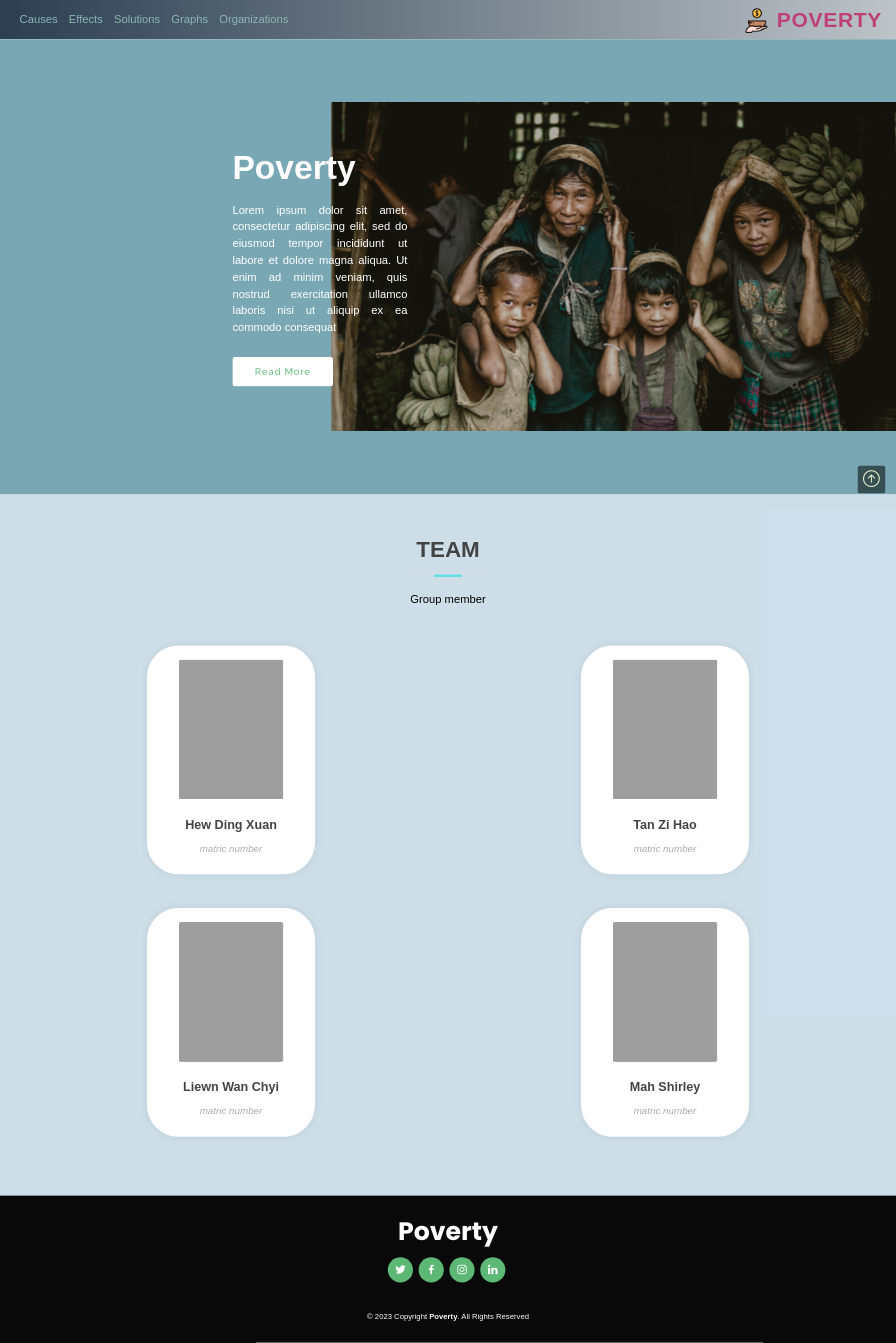
Repository: oscarhew/OSP_WIE2002
Page: index.html
These files come from the project's save history. The page is drawn as it stood at one moment and after the next save; the edit follows.
The browser window is 1280 px wide. The pictures show the whole page, at 70% of full size.
Pictures or frames that could not be fetched are drawn as grey boxes.

Above is the page before, as saved 2023-04-02 15:02:44.

### index.html
<!DOCTYPE html>
<html lang="en">
<head>
    <meta charset="UTF-8">
    <meta http-equiv="X-UA-Compatible" content="IE=edge">
    <meta name="viewport" content="width=device-width, initial-scale=1.0">
    <title>Poverty</title>

    <!-- Favicon -->
    <link href="assets/img/logo.png" rel="icon">

    <!-- Google Fonts -->
    <link
      href="https://fonts.googleapis.com/css?family=Open+Sans:300,300i,400,400i,600,600i,700,700i|Raleway:300,300i,400,400i,500,500i,600,600i,700,700i|Poppins:300,300i,400,400i,500,500i,600,600i,700,700i"
      rel="stylesheet">

    <!-- Animate.css -->
    <link href="https://cdnjs.cloudflare.com/ajax/libs/animate.css/4.1.1/animate.min.css" rel="stylesheet" />

    <!-- Bootstrap 5 -->
    <link href="https://cdn.jsdelivr.net/npm/bootstrap@5.0.2/dist/css/bootstrap.min.css" rel="stylesheet"
        integrity="sha384-EVSTQN3/azprG1Anm3QDgpJLIm9Nao0Yz1ztcQTwFspd3yD65VohhpuuCOmLASjC" crossorigin="anonymous">
    <link rel="stylesheet" href="https://cdn.jsdelivr.net/npm/bootstrap-icons@1.8.1/font/bootstrap-icons.css">

    <!-- Boxicons -->
    <link href='https://unpkg.com/boxicons@2.1.2/css/boxicons.min.css' rel='stylesheet'>

    <!-- Template Main CSS File -->
    <link href="assets/css/main.css" rel="stylesheet">
</head>

<body class="d-flex flex-column min-vh-100">
  <!-- ======= Header ======= -->
  <nav id="header" class="navbar sticky-top navbar-expand-lg navbar-dark gradient-custom bg-dark p-2">
    <div class="container-fluid">

      <div class="collapse navbar-collapse justify-content-start" id="navbarNavAltMarkup">
        <ul class="navbar-nav">
          <li class="nav-item"><a class="nav-link" href="causes.html">Causes</a></li>
          <li class="nav-item"><a class="nav-link" href="effects.html">Effects</a></li>
          <li class="nav-item"><a class="nav-link" href="solutions.html">Solutions</a></li>
          <li class="nav-item"><a class="nav-link" href="graphs.html">Graphs</a></li>
          <li class="nav-item"><a class="nav-link" href="organizations.html">Organizations</a></li>
        </ul>
      </div>
      <a class="px-1" href="index.html">
        <img src="assets/img/logo.png" alt="" width="35" height="35" class="d-inline-block align-text-top">
        <h1 class="logo"><a href="index.html">POVERTY</a></h1>
      </a>

      <button class="navbar-toggler" type="button" data-bs-toggle="collapse" data-bs-target="#navbarNavAltMarkup"
        aria-controls="navbarNavAltMarkup" aria-expanded="false" aria-label="Toggle navigation">
        <span class="navbar-toggler-icon"></span>
      </button>
    </div>
  </nav>
  <!-- End Header -->

  <div class="flex-grow-1">
    <!-- ======= Hero Section ======= -->
    <section id="hero">
      <div id="heroCarousel" data-bs-interval="5000" class="carousel slide carousel-fade" data-bs-ride="carousel">

        <ol class="carousel-indicators" id="hero-carousel-indicators"></ol>

        <div class="carousel-inner" role="listbox">

          <!-- Slide 1 -->
          <div class="carousel-item active" style="background-image: url(assets/img/slide/index_background.jpg)">
            <div class="carousel-container">
              <div class="container">
                <h2 class="animate__animated animate__fadeInDown">Poverty</h2>
                <p class="animate__animated animate__fadeInUp">

                  Lorem ipsum dolor sit amet, consectetur adipiscing elit,
                  sed do eiusmod tempor incididunt ut labore et dolore magna aliqua. Ut enim ad minim veniam, quis nostrud exercitation ullamco laboris nisi ut aliquip ex ea commodo consequat</p>

                  <a href="definition.html" class="btn-get-started animate__animated animate__fadeInUp scrollto">Read More</a>
              </div>
            </div>
          </div>

        </div>
      </div>
    </section><!-- End Hero -->

    <!-- ======= Team Section ======= -->
    <section class="team section-bg">
      <div class="container-fluid">
        <div class="section-title">
          <h2>Team</h2>
          <p >Group member</p>
        </div>
        <div class="row mx-2">
          <div class="col-lg-6 col-sm-6">
            <div class="member mx-auto my-4">
              <img src="assets/img/team/dingXuan.jpeg" class="rounded" alt="...">
              <div class="card-body">
                <h4 class="card-title">Hew Ding Xuan</h4>
                <p class="card-text">matric number</p>
              </div>
            </div>
          </div>
          <div class="col-lg-6 col-sm-6">
            <div class="member mx-auto my-4">
              <img src="assets/img/team/ziHao.jpeg" class="rounded" alt="...">
              <div class="card-body">
                <h4 class="card-title">Tan Zi Hao</h4>
                <p class="card-text">matric number</p>
              </div>
            </div>
          </div>
          <div class="col-lg-6 col-sm-6">
            <div class="member mx-auto my-4">
              <img src="assets/img/team/wanChyi.jpeg" class="rounded" alt="...">
              <div class="card-body">
                <h4 class="card-title">Liewn Wan Chyi</h4>
                <p class="card-text">matric number</p>
              </div>
            </div>
          </div>
          <div class="col-lg-6 col-sm-6">
            <div class="member mx-auto my-4">
              <img src="assets/img/team/shirley.jpeg" class="rounded" alt="...">
              <div class="card-body">
                <h4 class="card-title">Mah Shirley</h4>
                <p class="card-text">matric number</p>
              </div>
            </div>
          </div>

        </div>
      </div>
    </section>
    <!-- End Team Section -->

  </div>

  <!-- ======= Footer ======= -->
  <footer id="footer" class="mt-auto">
    <div class="container">
      <h3>Poverty</h3>
      <div class="social-links">
        <a href="#" class="twitter"><i class="bx bxl-twitter"></i></a>
        <a href="#" class="facebook"><i class="bx bxl-facebook"></i></a>
        <a href="#" class="instagram"><i class="bx bxl-instagram"></i></a>
        <a href="#" class="linkedin"><i class="bx bxl-linkedin"></i></a>
      </div>
      <div class="copyright">
        &copy; 2023 Copyright <strong><span>Poverty</span></strong>. All Rights Reserved
      </div>
    </div>
  </footer>
  <!-- End Footer -->

  <!-- Back to Top -->
  <a href="#" class="back-to-top d-flex align-items-center justify-content-center">
    <span><i class="bi bi-arrow-up-circle"></i></span>
  </a>

  <script src="https://cdn.jsdelivr.net/npm/bootstrap@5.0.2/dist/js/bootstrap.bundle.min.js"
    integrity="sha384-MrcW6ZMFYlzcLA8Nl+NtUVF0sA7MsXsP1UyJoMp4YLEuNSfAP+JcXn/tWtIaxVXM"
    crossorigin="anonymous"></script>

</body>
</html>

### assets/css/main.css
/*--------------------------------------------------------------
# General
--------------------------------------------------------------*/

body {
    overflow-x: hidden;
    font-family: "Comic Sans MS", sans-serif;
    color: #444444;
  }

  a {
    text-decoration: none;
    color: #be4074;
  }

  a:hover {
    color: #4b083d;
    text-decoration: none;
  }

  h1, h2, h3, h4, h5, h6 {
    font-family: "Bahnschrift", sans-serif;
  }

  /*--------------------------------------------------------------
  # Header
  --------------------------------------------------------------*/
  #header {
    transition: all 0.5s;
  }
  #header.header-scrolled {
    box-shadow: 0px 2px 15px rgba(0, 0, 0, 0.1);
  }
  #header .logo {
    font-size: 30px;
    margin: 0;
    padding: 0;
    line-height: 1;
    font-weight: 700;
    letter-spacing: 1px;
    text-transform: uppercase;
    color: #081d0d;
  }

  /*--------------------------------------------------------------
  # Navigation Menu
  --------------------------------------------------------------*/
  /**
  * Desktop Navigation
  */
  .gradient-custom {
    background: #c471f5;

    background: linear-gradient(to right, #2c3e50, #bdc3c7)
  }

  .navbar-dark .navbar-nav .nav-link {
    color: #88B7B5;
  }

  .navbar-nav .nav-item{
    color: #5cb874 !important;
  }
  .navbar-nav .nav-item .nav-link:hover {
    color: #ff0000;
  }

  .navbar-nav .nav-item .active {
    color: #a1164b !important;
  }

  .navbar-nav .nav-item .getstarted, .navbar-nav .nav-item .getstarted:focus{
    color: #5cb874;
    padding: 8px 25px;
    margin-left: 30px;
    margin-right: 30px;
    border-radius: 4px;
    border: 2px solid #5cb874;
    transition: 0.3s;
    font-size: 14px;
  }
  .navbar-nav .nav-item .getstarted:hover, .navbar-nav .nav-item .getstarted:focus:hover {
    background: #5cb874;
    color: #3c2121;
  }

  /*--------------------------------------------------------------
# Back to top button
--------------------------------------------------------------*/
.back-to-top {
  position: fixed;
  right: 15px;
  bottom: 15px;
  z-index: 996;
  background: #354f52;
  width: 40px;
  height: 40px;
  border-radius: 4px;
  transition: all 0.4s;
  }

  .back-to-top .bi {
  font-size: 24px;
  color: #e8efcd;
  line-height: 0;
  }

  .back-to-top:hover {
  background: #e8efcd;
  color: #354f52;
  }

  .back-to-top .bi:hover{
  color: #354f35;
  }

  /*--------------------------------------------------------------
  # Hero Section
  --------------------------------------------------------------*/
  #hero {
    width: 100%;
    height: calc(100vh - 70px);
    background-color: rgba(88, 146, 162, 0.8);
    overflow: hidden;
    position: relative;
  }
  #hero .carousel, #hero .carousel-inner, #hero .carousel-item, #hero .carousel-item::before {
    background-size: contain;
    background-position: right top;
    background-repeat: no-repeat;
    position: absolute;
    top: 30px;
    right: 0;
    left: 100px;
    bottom: 30px;
  }
  #hero .carousel-item::before {
    content: "";

  }
  #hero .carousel-container {
    display: flex;
    justify-content: center;
    align-items: center;
    position: absolute;
    bottom: 0;
    top: 0;
    left: 20px;
    right: 50px;
  }
  #hero .container {
    text-align: left;
  }
  #hero h2 {
    color: #fff;
    margin-bottom: 20px;
    font-size: 48px;
    font-weight: 700;
  }
  #hero p {
    -webkit-animation-delay: 0.4s;
    animation-delay: 0.4s;
    margin: 0 auto 30px 0;
    color: #fff;
    inline-size: 250px;
    text-align: justify;
  }
  #hero .carousel-inner .carousel-item {
    transition-property: opacity;
    background-position: center top;
  }
  #hero .carousel-inner .carousel-item,
  #hero .carousel-inner .active.carousel-item-start,
  #hero .carousel-inner .active.carousel-item-end {
    opacity: 0;
  }
  #hero .carousel-inner .active,
  #hero .carousel-inner .carousel-item-next.carousel-item-start,
  #hero .carousel-inner .carousel-item-prev.carousel-item-end {
    opacity: 1;
    transition: 0.5s;
  }
  #hero .carousel-control-next-icon, #hero .carousel-control-prev-icon {
    background: none;
    font-size: 30px;
    line-height: 0;
    width: auto;
    height: auto;
    background: rgba(255, 255, 255, 0.2);
    border-radius: 50px;
    transition: 0.3s;
    color: rgba(255, 255, 255, 0.5);
    width: 54px;
    height: 54px;
    display: flex;
    align-items: center;
    justify-content: center;
  }
  #hero .carousel-control-next-icon:hover, #hero .carousel-control-prev-icon:hover {
    background: rgba(255, 255, 255, 0.3);
    color: rgba(255, 255, 255, 0.8);
  }
  #hero .carousel-indicators li {
    cursor: pointer;
    background: #fff;
    overflow: hidden;
    border: 0;
    width: 12px;
    height: 12px;
    border-radius: 50px;
    opacity: 0.6;
    transition: 0.3s;
  }
  #hero .carousel-indicators li.active {
    opacity: 1;
    background: #5cb874;
  }
  #hero .btn-get-started {
    font-family: "Raleway", sans-serif;
    font-weight: 500;
    font-size: 14px;
    letter-spacing: 1px;
    display: inline-block;
    padding: 14px 32px;
    border-radius: 4px;
    transition: 0.5s;
    line-height: 1;
    color: #6ec083;
    -webkit-animation-delay: 0.8s;
    animation-delay: 0.8s;
    background: #ffffff;
  }
  #hero .btn-get-started:hover {
    background: #ffffff;
  }
  @media (max-width: 992px) {
    #hero {
      height: 100vh;
    }
    #hero .carousel-container {
      top: 66px;
    }
  }
  @media (max-width: 768px) {
    #hero h2 {
      font-size: 28px;
    }
  }
  @media (min-width: 1024px) {
    #hero .carousel-control-prev, #hero .carousel-control-next {
      width: 5%;
    }
  }
  @media (max-height: 500px) {
    #hero {
      height: 120vh;
    }
  }


  /*--------------------------------------------------------------
  # Why Us
  --------------------------------------------------------------*/
  .why-us {
    padding: 0;
  }
  .why-us .row {
    overflow: hidden;
  }
  .why-us .content-item {
    padding: 40px;
    border-left: 1px solid #eee;
    border-bottom: 1px solid #eee;
    margin: -1px;
  }
  .why-us .content-item span {
    display: block;
    font-size: 24px;
    font-weight: 400;
    color: #6ec083;
  }
  .why-us .content-item h4 {
    font-size: 26px;
    font-weight: 300;
    padding: 0;
    margin: 20px 0;
  }
  .why-us .content-item p {
    color: #aaaaaa;
    font-size: 15px;
    margin: 0;
    padding: 0;
  }
  @media (max-width: 768px) {
    .why-us .content-item {
      padding: 40px 0;
    }
  }

  /*--------------------------------------------------------------
  # About Us
  --------------------------------------------------------------*/
  .about .content h3 {
    font-weight: 700;
    font-size: 28px;
  }
  .about .content ul {
    list-style: none;
    padding: 0;
  }
  .about .content ul li {
    padding-bottom: 10px;
  }
  .about .content ul i {
    font-size: 20px;
    padding-right: 4px;
    color: #5cb874;
  }
  .about .content p:last-child {
    margin-bottom: 0;
  }

  /*--------------------------------------------------------------
  # Portfolio
  --------------------------------------------------------------*/
  .portfolio{
    margin-bottom: 80px;
  }
  .portfolio .portfolio-item {
    margin-bottom: 30px;
  }
  .portfolio #portfolio-flters {
    padding: 0;
    margin: 0 auto 20px auto;
    list-style: none;
    text-align: center;
  }
  .portfolio #portfolio-flters li {
    cursor: pointer;
    display: inline-block;
    padding: 8px 15px 10px 15px;
    font-size: 14px;
    font-weight: 600;
    line-height: 1;
    text-transform: uppercase;
    color: #444444;
    margin-bottom: 5px;
    transition: all 0.3s ease-in-out;
    border-radius: 3px;
  }
  .portfolio #portfolio-flters li:hover, .portfolio #portfolio-flters li.filter-active {
    color: #fff;
    background: #5cb874;
  }
  .portfolio #portfolio-flters li:last-child {
    margin-right: 0;
  }
  .portfolio .portfolio-wrap {
    transition: 0.3s;
    position: relative;
    overflow: hidden;
    z-index: 1;
    background: rgba(34, 34, 34, 0.6);
  }
  .portfolio .portfolio-wrap::before {
    content: "";
    background: rgba(34, 34, 34, 0.6);
    position: absolute;
    left: 0;
    right: 0;
    top: 0;
    bottom: 0;
    transition: all ease-in-out 0.3s;
    z-index: 2;
    opacity: 0;
  }
  .portfolio .portfolio-wrap img {
    transition: all ease-in-out 0.3s;
  }
  .portfolio .portfolio-wrap .portfolio-info {
    opacity: 0;
    position: absolute;
    top: 0;
    left: 0;
    right: 0;
    bottom: 0;
    z-index: 3;
    transition: all ease-in-out 0.3s;
    display: flex;
    flex-direction: column;
    justify-content: flex-end;
    align-items: flex-start;
    padding: 20px;
  }
  .portfolio .portfolio-wrap .portfolio-info h4 {
    font-size: 20px;
    color: #fff;
    font-weight: 600;
  }
  .portfolio .portfolio-wrap .portfolio-info p {
    color: rgba(255, 255, 255, 0.7);
    font-size: 14px;
    text-transform: uppercase;
    padding: 0;
    margin: 0;
    font-style: italic;
  }
  .portfolio .portfolio-wrap .portfolio-links {
    text-align: center;
    z-index: 4;
  }
  .portfolio .portfolio-wrap .portfolio-links a {
    color: #fff;
    margin: 0 5px 0 0;
    font-size: 28px;
    display: inline-block;
    transition: 0.3s;
  }
  .portfolio .portfolio-wrap .portfolio-links a:hover {
    color: #6ec083;
  }
  .portfolio .portfolio-wrap:hover::before {
    opacity: 1;
  }
  .portfolio .portfolio-wrap:hover img {
    transform: scale(1.2);
  }
  .portfolio .portfolio-wrap:hover .portfolio-info {
    opacity: 1;
  }

  /*--------------------------------------------------------------
  # Portfolio Details
  --------------------------------------------------------------*/
  .portfolio-details {
    padding-top: 40px;
  }
  .portfolio-details .portfolio-details-slider img {
    width: 100%;
  }
  .portfolio-details .portfolio-details-slider .swiper-pagination {
    margin-top: 20px;
    position: relative;
  }
  .portfolio-details .portfolio-details-slider .swiper-pagination .swiper-pagination-bullet {
    width: 12px;
    height: 12px;
    background-color: #fff;
    opacity: 1;
    border: 1px solid #5cb874;
  }
  .portfolio-details .portfolio-details-slider .swiper-pagination .swiper-pagination-bullet-active {
    background-color: #5cb874;
  }
  .portfolio-details .portfolio-info {
    padding: 30px;
    box-shadow: 0px 0 30px rgba(34, 34, 34, 0.08);
  }
  .portfolio-details .portfolio-info h3 {
    font-size: 22px;
    font-weight: 700;
    margin-bottom: 20px;
    padding-bottom: 20px;
    border-bottom: 1px solid #eee;
  }
  .portfolio-details .portfolio-info ul {
    list-style: none;
    padding: 0;
    font-size: 15px;
  }
  .portfolio-details .portfolio-info ul li + li {
    margin-top: 10px;
  }
  .portfolio-details .portfolio-description {
    padding-top: 30px;
  }
  .portfolio-details .portfolio-description h2 {
    font-size: 26px;
    font-weight: 700;
    margin-bottom: 20px;
  }
  .portfolio-details .portfolio-description p {
    padding: 0;
  }


  /*--------------------------------------------------------------
  # Sections General
  --------------------------------------------------------------*/
  section {
    padding: 60px 0;
  }

  .section-bg {
    background-color: #c9dce8ec;
  }

  .section-title {
    text-align: center;
    padding-bottom: 30px;
  }

  .section-title .image-center{
    display: block;
    margin-left: auto;
    margin-right: auto;
  }

  .section-title h2 {
    font-size: 32px;
    font-weight: bold;
    text-transform: uppercase;
    margin-bottom: 20px;
    padding-bottom: 20px;
    position: relative;
  }
  .section-title h2::before {
    content: "";
    position: absolute;
    display: block;
    width: 120px;
    height: 1px;
    background: #ddd;
    bottom: 1px;
    left: calc(50% - 60px);
    font-size: 20px;
  }
  .section-title h2::after {
    content: "";
    position: absolute;
    display: block;
    width: 40px;
    height: 3px;
    background: #56e1e6;
    bottom: 0;
    left: calc(50% - 20px);
  }
  .section-title p {
    margin-bottom: 0;
    font-size: 16px;
    color: #000000;
  }

  .section-title .italic {
    font-size: 10px;
  }

  /*--------------------------------------------------------------
  # Team
  --------------------------------------------------------------*/

  .team .member {
    text-align: center;
    margin-bottom: 30px;
    box-shadow: 0px 0px 12px 0px rgba(34, 34, 34, 0.07);
    padding: 10px 20px;
    width: 15rem;
    background: #fff;
    border-radius: 45px;
  }
  .team .member img {
    width: 150px;
    height: 200px;
    margin: 10px 0 10px 0;
  }
  .team .member h4 {
    font-weight: 700;
    margin-bottom: 2px;
    font-size: 18px;
  }
  .team .member p {
    padding-top: 10px;
    font-size: 14px;
    font-style: italic;
    color: #aaaaaa;
  }

  /*--------------------------------------------------------------
  # Footer
  --------------------------------------------------------------*/
  #footer {
    background: #090909;
    color: #fff;
    font-size: 14px;
    text-align: center;
    padding: 30px 0;
  }
  #footer h3 {
    font-size: 36px;
    font-weight: 700;
    color: #fff;
    position: relative;
    font-family: "Poppins", sans-serif;
    padding: 0;
    margin: 0 0 15px 0;
  }
  #footer p {
    font-size: 15;
    font-style: italic;
    padding: 0;
    margin: 0 0 40px 0;
  }
  #footer .social-links {
    margin: 0 0 40px 0;
  }
  #footer .social-links a {
    font-size: 18px;
    display: inline-block;
    background: #5cb874;
    color: #fff;
    line-height: 1;
    padding: 8px 0;
    margin-right: 4px;
    border-radius: 50%;
    text-align: center;
    width: 36px;
    height: 36px;
    transition: 0.3s;
  }
  #footer .social-links a:hover {
    background: #449d5b;
    color: #fff;
    text-decoration: none;
  }
  #footer .copyright {
    margin: 0;
    font-size: 11px;
    vertical-align: baseline;
  }

After the next save:
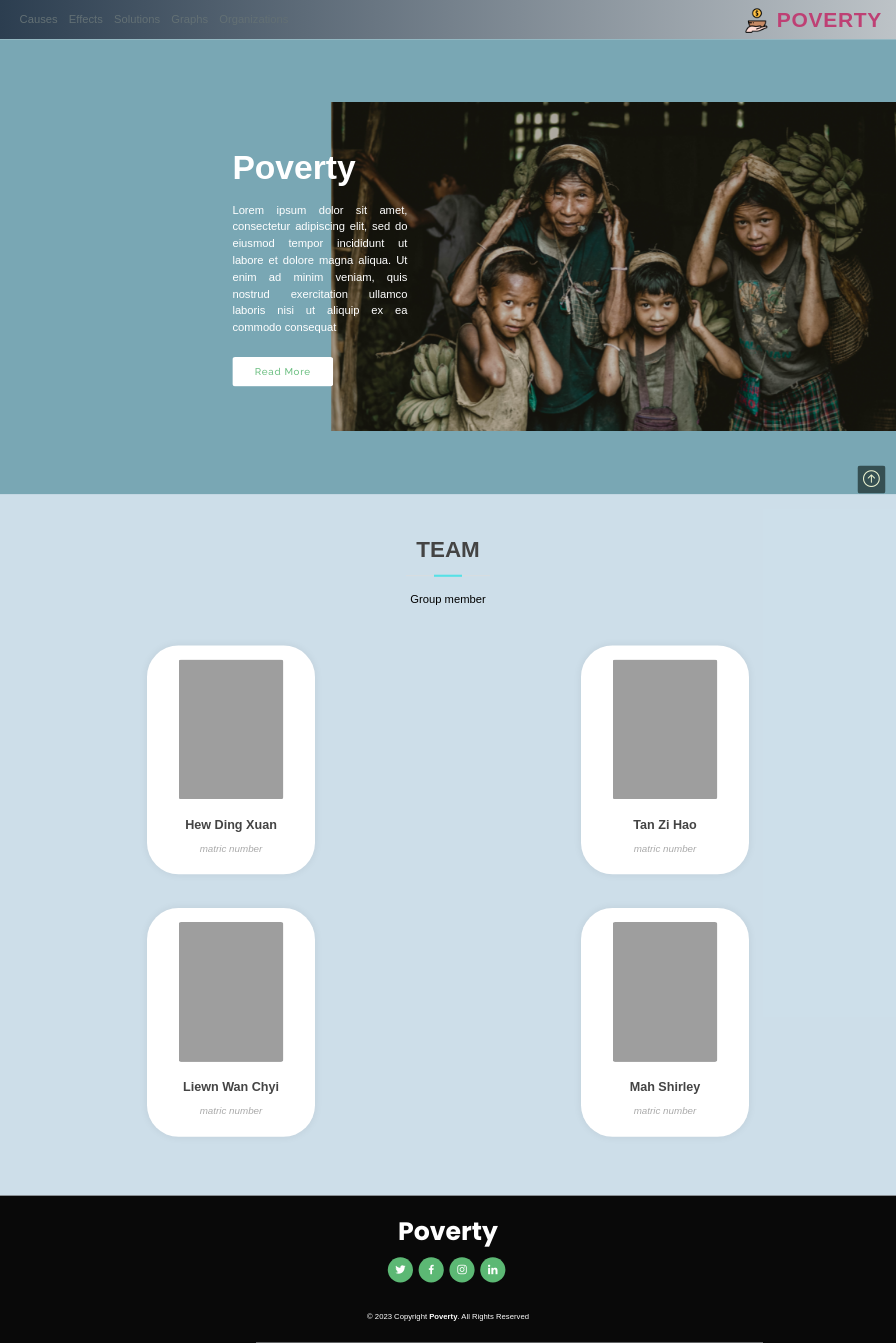
Saved 28 s later.
--- a/assets/css/main.css
+++ b/assets/css/main.css
@@ -55,7 +55,7 @@ body {
   }
 
   .navbar-dark .navbar-nav .nav-link {
-    color: #88B7B5;
+    color: #637074;
   }
 
   .navbar-nav .nav-item{
